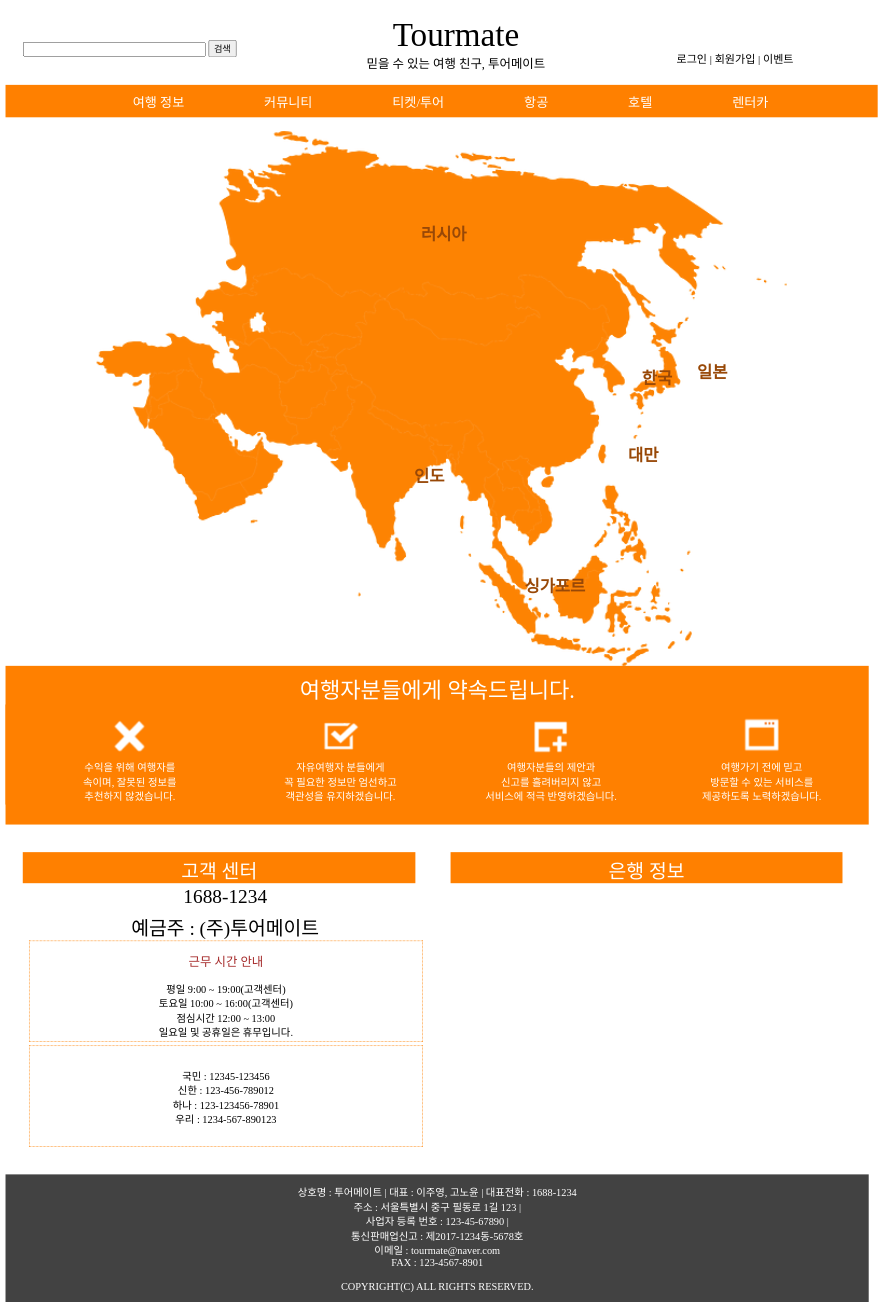
Repository: nohyoonko/2017-2-WP-Tourmate
Page: http://localhost/Tourmate/인기_여행_도시.jsp
The author's editor kept a copy of each file at every save. The page is drawn from the files as they stood at one save, then again after the next save.
The browser window is 1280 px wide. The pictures show the whole page, at 69% of full size.
The page is served by Tomcat 9. Other server files are loaded and not shown.

Above is the page before, as saved 2017-12-02 09:34:32.

### eclipse-workspace/Tourmate/WebContent/인기_여행_도시.jsp
<%@ page language="java" contentType="text/html; charset=UTF-8"
    pageEncoding="UTF-8"%>
<!DOCTYPE html PUBLIC "-//W3C//DTD HTML 4.01 Transitional//EN" "http://www.w3.org/TR/html4/loose.dtd">
<html>
<head>
   <meta http-equiv="Content-Type" content="text/html; charset=UTF-8">
   <title>투어메이트</title>
    <style>
        div { font-family: "함초롬돋움"; }

        div.header1 {
            width: 30%;
            float: left;
            margin-left: 25px;
            margin-top: 50px;
        }

        div.header2 {
            width: 33%;
            height: 60px;
            float: left;
            margin-left: 40px;
            margin-top: 15px;
            color: black;
        }

         div.header2 > a {
           color:black; text-decoration:none;
         }

        div.header3 {
            width: 31%;
            height: 50px;
            float: left;
            margin-right: 10px;
            margin-top: 65px;
        }

      div.footer{
         width:99%;
         height:220px;
         float:left;
         background-color:#FF8000;
         color:white;
         text-align:center;
         padding-top:10px;
      }
      div.promise{
         width:20%;
         float:left;
         height:140px;
         background-color:#FF8000;
         color:white;
         font-size:15px;
         text-align:center;
         padding-top:5px;
         padding-left:55px;
      }
      div.footer2{
         width:45%;
         height:40px;
         float:left;
         font-size:28px;
         background-color:#FF8000;
         color:white;
         text-align:center;
         padding-top:5px;
         margin-left:2%;
         margin-right:2%;
         margin-top:40px;
      }
      div.footer3{
         width:45%;
         height:35px;
         float:left;
         font-size:28px;
         text-align:center;
         padding-top:4px;
         margin-left:34px;
         margin-right:34px;
      }

      div.footer4 {
         width: 45%;
         height: 130px;
         float: left;
         font-size: 15px;
         text-align: center;
         padding-top: 15px;
         margin-top: 5px;
         margin-left: 34px;
         margin-right: 34px;
         border-width: 1px;
         border-style : dotted;
         border-color : #FF8000;
      }

      div.footer5{
         width:99%;
         height:170px;
         font-size:15px;
         background-color:#424242;
         color:white;
         float:left;
         text-align:center;
         padding-top:15px;
         margin-top:40px;

      }
       #fo{width:60px; height:60px; padding:10px 70px 5px 70px;}

       .menubar {
          background: #FF8000;
          display: inline-block;
           width: 100%;
      }
      .main { margin: 0; padding: 0; font-size: 19px; }
      .main li {
         padding:0% 3% 0% 3%;
           float: left;
           list-style:none;
           position: relative;
      }
      .main li:first-child { margin-left: 10%; }
      .main li:hover { background: #984807; }
      .main a {
           color: white;
           display: block;
           padding: 10px 20px;
           text-decoration: none;
      }
      .main ul {
           background: white;
           display: none;
           padding: 0;
           position: absolute;
           left: 0;
           top: 100%;
           z-index: 2;
           width: 200px;
      }
      .main ul li { float: none; margin-left: 10%; }
      .main ul a { color: #984807; }
      .main ul li:hover { background: white; }
      .main ul li:hover>a { color: #FF8000; }

      #map { margin-top: 20px; }
      #korea_name {
         position: absolute;
         top: 508px;
         left: 930px;
         width: auto;
         color: #984807;
      }
      #korea_info {
         display: none;
         position: absolute;
         top: 520px;
         left: 990px;
         padding: 0.5% 0.5% 0.5% 0.5%;
         background-color: #984807;
         width:280px;
         color: white;
      }
      #japan_name {
         position: absolute;
         top: 500px;
         left: 1010px;
         width: auto;
         color: #984807;
      }
      #japan_info {
         display: none;
         position: absolute;
         top: 300px;
         left: 1070px;
         padding: 0.5% 0.5% 0.5% 0.5%;
         background-color: #984807;
         width:280px;
         color: white;
      }
      #taiwan_name {
         position: absolute;
         top: 620px;
         left: 910px;
         width: auto;
         color: #984807;
      }
      #taiwan_info {
         display: none;
         position: absolute;
         top: 570px;
         left: 970px;
         padding: 0.5% 0.5% 0.5% 0.5%;
         background-color: #984807;
         width:280px;
         color: white;
      }
      #russia_name {
         position: absolute;
         top: 300px;
         left: 610px;
         width: auto;
         color: #984807;
      }
      #russia_info {
         display: none;
         position: absolute;
         top: 300px;
         left: 690px;
         padding: 0.5% 0.5% 0.5% 0.5%;
         background-color: #984807;
         width:280px;
         color: white;
      }
      #singapore_name {
         position: absolute;
         top: 810px;
         left: 760px;
         width: auto;
         color: #984807;
      }
      #singapore_info {
         display: none;
         position: absolute;
         top: 680px;
         left: 860px;
         padding: 0.5% 0.5% 0.5% 0.5%;
         background-color: #984807;
         width:280px;
         color: white;
      }
      #india_name {
         position: absolute;
         top: 650px;
         left: 600px;
         width: auto;
         color: #984807;
      }
      #india_info {
         display: none;
         position: absolute;
         top: 600px;
         left: 660px;
         padding: 0.5% 0.5% 0.5% 0.5%;
         background-color: #984807;
         width:280px;
         color: white;
      }
      #img { width: 90%; }
   </style>
</head>
<body>
    <div class="header1">
        <input type="text" size=30>
        <input type="submit" value="검색">
    </div>
    <a href="투어메이트.html">
    <div class="header2">
        <center>
            <font face="HYHeadLine" size="7">Tourmate</font><br>
            <font face="함초롬돋움" size="4">믿을 수 있는 여행 친구, 투어메이트</font>
        </center>
    </div>
    </a>
    <div class="header3">
        <center>
            <font size="3">로그인 | 회원가입 | 이벤트</font>
        </center>
    </div>

    <!--상단 메뉴바와 하위 메뉴-->
    <script src="//code.jquery.com/jquery.min.js"></script>
   <script>
   $(function(){
        $(".main li").hover(function(){
          $('ul:first',this).show();
        }, function(){
          $('ul:first',this).hide();
        });
   });
   </script>

    <div class="menubar">
        <ul class="main">
            <li>
                 <a href="#">여행 정보</a>
                 <ul>
                  <li><a href="인기_여행_도시.jsp">인기 여행 도시</a></li>
                  <li><a href="#">여행 준비</a></li>
               </ul>
            </li>

            <li>
                <a href="#">커뮤니티</a>
                <ul>
                    <li><a href="#">여행 후기</a></li>
                    <li><a href="#">맛집 추천</a></li>
                </ul>
            </li>

            <li>
                <a href="#">티켓/투어</a>
                <ul>
                    <li><a href="티켓투어_한국.jsp">한국</a></li>
                    <li><a href="#">홍콩</a></li>
                    <li><a href="#">일본</a></li>
                    <li><a href="#">싱가포르</a></li>
                    <li><a href="#">대만</a></li>
                </ul>
            </li>

            <li><a href="#">항공</a></li>
            <li><a href="#">호텔</a></li>
            <li><a href="#">렌터카</a></li>
        </ul>
    </div>

   <!-- 아시아 지도 + 여행지 정보 -->
   <div id="map">
   <center>
      <img src="1_best/아시아 지도.png" width=1000px;>
   </center>
   </div>
   <!-- 여행 정보 보이기&숨기기 -->
   <script type="text/javascript">
      //한국 여행 정보
      function show_K() {
         document.getElementById('korea_info').style.display='block';
      }
      function hide_K() {
         document.getElementById('korea_info').style.display='none';
      }
      //일본 여행 정보
      function show_J() {
         document.getElementById('japan_info').style.display='block';
      }
      function hide_J() {
         document.getElementById('japan_info').style.display='none';
      }
      //대만 여행 정보
      function show_T() {
         document.getElementById('taiwan_info').style.display='block';
      }
      function hide_T() {
         document.getElementById('taiwan_info').style.display='none';
      }
      //러시아 여행 정보
      function show_R() {
         document.getElementById('russia_info').style.display='block';
      }
      function hide_R() {
         document.getElementById('russia_info').style.display='none';
      }
      //싱가포르 여행 정보
      function show_S() {
         document.getElementById('singapore_info').style.display='block';
      }
      function hide_S() {
         document.getElementById('singapore_info').style.display='none';
      }
      //인도 여행 정보
      function show_I() {
         document.getElementById('india_info').style.display='block';
      }
      function hide_I() {
         document.getElementById('india_info').style.display='none';
      }
   </script>
   <!-- 한국 여행 추천 도시 -->
   <div id="korea_name" onmouseover="show_K()" onmouseout="hide_K()">
      <h2 align="center">한국</h2>
   </div>
   <div id="korea_info">
   <center>
      <p><b><font size="4">5월 추천 여행지, 제주도 한국</font></b></p>
      <img id="img" src="1_best/제주도_유채꽃.jpg"><br><br>
   </center>
   5월에 어린이날과 어버이날의 맞이하여 따뜻한 제주도를 추천한다.<br>
   여름이 되기 전 쾌청하고 너무 덥지 않은 적당한 온도로 여행하기 딱 좋다.<br>
   5월 초순에는 노랗게 만개한 유채꽃도 볼 수 있다.
   </div>
   <!-- 일본 여행 추천 도시 -->
   <div id="japan_name" onmouseover="show_J()" onmouseout="hide_J()">
      <h2 align="center">일본</h2>
   </div>
   <div id="japan_info">
   <center>
      <p><b><font size="4">2월 추천 여행지, 삿포로 일본</font></b></p>
      <img id="img" src="1_best/일본_삿포로.PNG"><br><br>
   </center>
   세계 3대 축제, 삿포로 유키 마츠리가 열리는 삿포로.<br>
   눈의 고장이라 불리는 삿포로 떠나자.<br>
   <center>
   <p><b><font size="4">3월 추천 여행지, 교토 일본</font></b></p>
      <img id="img" src="1_best/일본_벚꽃.PNG"><br><br>
   </center>
   벚꽃 여행지의 일본 쿄도다.<br>
   일본의 최성수기로 교토의 청수사, 금각사를 배경으로 펼쳐진 벚꽃 풍경은 어느 각도에서 찍어도 작품이 완성된다.<br>
   </div>
   <!-- 대만 여행 추천 도시 -->
   <div id="taiwan_name" onmouseover="show_T()" onmouseout="hide_T()">
      <h2 align="center">대만</h2>
   </div>
   <div id="taiwan_info">
   <center>
      <p><b><font size="4">11월 추천 여행지, 타이베이 대만</font></b></p>
      <img id="img" src="1_best/대만_타이베이.PNG"><br><br>
   </center>
   대만 여행은 여름을 빗겨 난 계절이면 언제든 좋다.<br>
   대만의 11월은 한국의 9월 중순과 같은 선선한 날씨여서 걸어서 이곳저곳 여행하기에 좋다.<br>
   여름에 비해 강수량이 적어 비 걱정 또한 줄일 수 있다.<br>
   </div>
   <!-- 러시아 여행 추천 도시 -->
   <div id="russia_name" onmouseover="show_R()" onmouseout="hide_R()">
      <h2 align="center">러시아</h2>
   </div>
   <div id="russia_info">
   <center>
      <p><b><font size="4">8월 추천 여행지, 블라디보스톡<br>러시아</font></b></p>
      <img id="img" src="1_best/러시아_블라디보스톡.JPG"><br><br>
   </center>
   시베리아 횡단열차의 시작과 끝으로 요즘 뜨는 여행지.<br>
   8월의 블라디보스톡은 우리나라의 초가을처럼 선선한 날씨로 여행하기 좋다.<br>
   </div>
   <!-- 싱가포르 여행 추천 도시 -->
   <div id="singapore_name" onmouseover="show_S()" onmouseout="hide_S()">
      <h2 align="center">싱가포르</h2>
   </div>
   <div id="singapore_info">
   <center>
      <p><b><font size="4">6월 추천 여행지, 싱가포르</font></b></p>
      <img id="img" src="1_best/싱가포르.jpg"><br><br>
   </center>
   싱가포르는 일 년 내내 덥다.<br>
   더위를 피할 수 없으니 여행 시 고려해야 할 것은 강수량이다.<br>
   비가 특히 많이 오는 겨울, 12월과 1월은 제외하는 것이 좋다.<br>
   </div>
   <!-- 인도 여행 추천 도시 -->
   <div id="india_name" onmouseover="show_I()" onmouseout="hide_I()">
      <h2 align="center">인도</h2>
   </div>
   <div id="india_info">
   <center>
      <p><b><font size="4">12월 추천 여행지, 인도</font></b></p>
      <img id="img" src="1_best/인도_타지마할.jpg"><br><br>
   </center>
   건기인 12월부터 3월까지가 인도를 여행하기 가장 좋은 시기.<br>
   우리나라의 초가을 날씨처럼 시원해 여행하기 쾌적하다.<br>
   만약, 히말라야 트레킹을 원한다며 3월~10월을 추천한다.<br>
   그리고 인도의 봄은 일년 중 가장 뜨거우니 피할 수 있으면 피하자.<br>
   </div>

      <div class="footer">
         <font size="6">여행자분들에게 약속드립니다.</font><br>
         <div class="promise">
            <img id="fo" src="main/footer 그림1.png"><br>
            수익을 위해 여행자를<br>
            속이며, 잘못된 정보를<br>
            추천하지 않겠습니다.
         </div>
         <div class="promise">
            <img id="fo" src="main/footer 그림2.png"><br>
            자유여행자 분들에게<br>
            꼭 필요한 정보만 엄선하고<br>
            객관성을 유지하겠습니다.
         </div>
         <div class="promise">
            <img id="fo" src="main/footer 그림3.png"><br>
            여행자분들의 제안과<br>
            신고를 흘려버리지 않고<br>
            서비스에 적극 반영하겠습니다.
         </div>
         <div class="promise">
            <img id="fo" src="main/footer 그림4.png"><br>
            여행가기 전에 믿고<br>
            방문할 수 있는 서비스를<br>
            제공하도록 노력하겠습니다.
         </div>
      </div>
      <br>
      <div class="footer2">고객 센터</div>
      <div class="footer2">은행 정보</div>
      <br>
      <div class="footer3">1688-1234</div>
      <div class="footer3">예금주 : (주)투어메이트</div>
      <br>
      <div class="footer4">
         <font color="brown" size="4">근무 시간 안내</font><br><br>
         평일 9:00 ~ 19:00(고객센터)<br>
         토요일 10:00 ~ 16:00(고객센터)<br>
         점심시간 12:00 ~ 13:00<br>
         일요일 및 공휴일은 휴무입니다.<br>
      </div>
      <div class="footer4"><br>
         국민 : 12345-123456<br>
         신한 : 123-456-789012<br>
         하나 : 123-123456-78901<br>
         우리 : 1234-567-890123<br>
      </div>
      <div class="footer5">
         상호명 : 투어메이트 | 대표 : 이주영, 고노윤 | 대표전화 : 1688-1234<br>
         주소 : 서울특별시 중구 필동로 1길 123 | <br>
         사업자 등록 번호 : 123-45-67890 |<br>
         통신판매업신고 : 제2017-1234동-5678호<br>
         이메일 : tourmate@naver.com<br>
         FAX : 123-4567-8901<br><br>
         COPYRIGHT(C) ALL RIGHTS RESERVED.<br>
      </div>
</body>
</html>

After the next save:
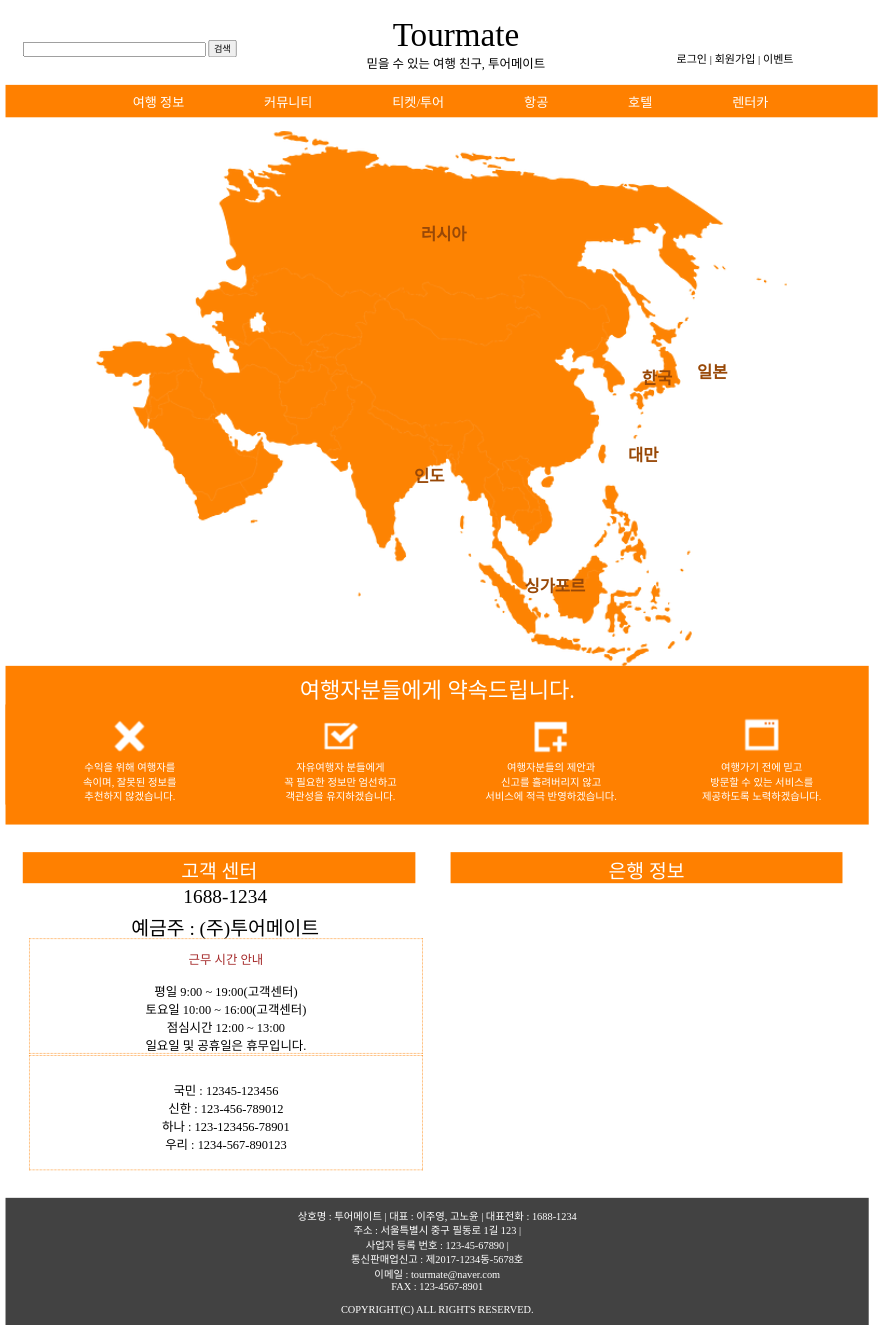
Saved 69 s later.
--- a/eclipse-workspace/Tourmate/WebContent/인기_여행_도시.jsp
+++ b/eclipse-workspace/Tourmate/WebContent/인기_여행_도시.jsp
@@ -80,20 +80,20 @@
          margin-right:34px;
       }
 
-      div.footer4 {
-         width: 45%;
-         height: 130px;
-         float: left;
-         font-size: 15px;
-         text-align: center;
-         padding-top: 15px;
-         margin-top: 5px;
-         margin-left: 34px;
-         margin-right: 34px;
-         border-width: 1px;
-         border-style : dotted;
-         border-color : #FF8000;
-      }
+	  div.footer4{
+			width:45%;
+			height:150px;
+			float:left;
+			font-size:18px;
+			text-align:center;
+			padding-top:15px;
+			margin-top:2px;
+			margin-left:34px;
+			margin-right:34px;
+			border-width: 1px;
+            border-style : dotted;
+            border-color : #FF8000;
+		}
 
       div.footer5{
          width:99%;
